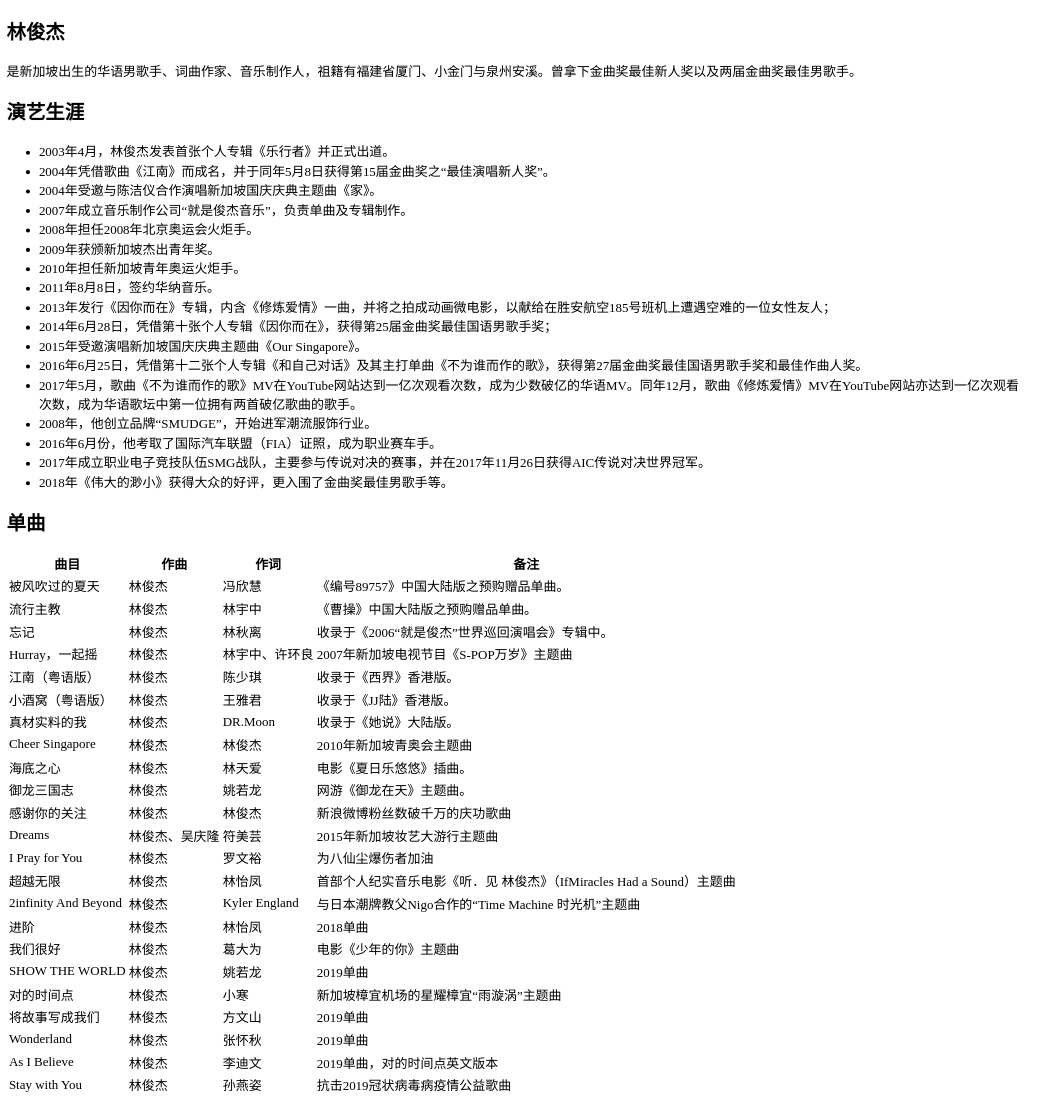
Repository: chenguocan/html_work
Page: html_work.html
The author's editor kept a copy of each file at every save. The page is drawn from the files as they stood at one save, then again after the next save.
The browser window is 1280 px wide. The pictures show the whole page, at 81% of full size.

Above is the page before, as saved 2020-06-26 10:11:51.

### html_work.html
<!DOCTYPE html>
<html lang="zh-CN">
  <head>
    <meta charset="UTF-8" />
    <meta
      name="viewport"
      content="width=device-width, initial-scale=1.0, minimum-scale=1.0, maximum-scale=1.0, user-scalable=no"
    />
    <title>Document</title>
    <style>
      table {
        table-layout: fixed;
      }
    </style>
  </head>
  <body>
    <section>
      <h1>林俊杰</h1>
      <p>
        是新加坡出生的华语男歌手、词曲作家、音乐制作人，祖籍有福建省厦门、小金门与泉州安溪。曾拿下金曲奖最佳新人奖以及两届金曲奖最佳男歌手。
      </p>
      <h2>演艺生涯</h2>
      <ul>
        <li>2003年4月，林俊杰发表首张个人专辑《乐行者》并正式出道。</li>
        <li>
          2004年凭借歌曲《江南》而成名，并于同年5月8日获得第15届金曲奖之“最佳演唱新人奖”。
        </li>
        <li>2004年受邀与陈洁仪合作演唱新加坡国庆庆典主题曲《家》。</li>
        <li>2007年成立音乐制作公司“就是俊杰音乐”，负责单曲及专辑制作。</li>
        <li>2008年担任2008年北京奥运会火炬手。</li>
        <li>2009年获颁新加坡杰出青年奖。</li>
        <li>2010年担任新加坡青年奥运火炬手。</li>
        <li>2011年8月8日，签约华纳音乐。</li>
        <li>
          2013年发行《因你而在》专辑，内含《修炼爱情》一曲，并将之拍成动画微电影，以献给在胜安航空185号班机上遭遇空难的一位女性友人；
        </li>
        <li>
          2014年6月28日，凭借第十张个人专辑《因你而在》，获得第25届金曲奖最佳国语男歌手奖；
        </li>
        <li>2015年受邀演唱新加坡国庆庆典主题曲《Our Singapore》。</li>
        <li>
          2016年6月25日，凭借第十二张个人专辑《和自己对话》及其主打单曲《不为谁而作的歌》，获得第27届金曲奖最佳国语男歌手奖和最佳作曲人奖。
        </li>
        <li>
          2017年5月，歌曲《不为谁而作的歌》MV在YouTube网站达到一亿次观看次数，成为少数破亿的华语MV。同年12月，歌曲《修炼爱情》MV在YouTube网站亦达到一亿次观看次数，成为华语歌坛中第一位拥有两首破亿歌曲的歌手。
        </li>
        <li>2008年，他创立品牌“SMUDGE”，开始进军潮流服饰行业。</li>
        <li>2016年6月份，他考取了国际汽车联盟（FIA）证照，成为职业赛车手。</li>
        <li>
          2017年成立职业电子竞技队伍SMG战队，主要参与传说对决的赛事，并在2017年11月26日获得AIC传说对决世界冠军。
        </li>
        <li>
          2018年《伟大的渺小》获得大众的好评，更入围了金曲奖最佳男歌手等。
        </li>
      </ul>
      <h2>单曲</h2>
      <table>
        <thead>
          <tr>
            <th>曲目</th>
            <th>作曲</th>
            <th>作词</th>
            <th>备注</th>
          </tr>
        </thead>
        <tbody>
          <tr>
            <td>被风吹过的夏天</td>
            <td>林俊杰</td>
            <td>冯欣慧</td>
            <td>《编号89757》中国大陆版之预购赠品单曲。</td>
          </tr>
          <tr>
            <td>流行主教</td>
            <td>林俊杰</td>
            <td>林宇中</td>
            <td>《曹操》中国大陆版之预购赠品单曲。</td>
          </tr>

          <tr>
            <td>忘记</td>
            <td>林俊杰</td>
            <td>林秋离</td>
            <td>收录于《2006“就是俊杰”世界巡回演唱会》专辑中。</td>
          </tr>
          <tr>
            <td>Hurray，一起摇</td>
            <td>林俊杰</td>
            <td>林宇中、许环良</td>
            <td>2007年新加坡电视节目《S-POP万岁》主题曲</td>
          </tr>
          <tr>
            <td>江南（粤语版）</td>
            <td>林俊杰</td>
            <td>陈少琪</td>
            <td>收录于《西界》香港版。</td>
          </tr>
          <tr>
            <td>小酒窝（粤语版）</td>
            <td>林俊杰</td>
            <td>王雅君</td>
            <td>收录于《JJ陆》香港版。</td>
          </tr>
          <tr>
            <td>真材实料的我</td>
            <td>林俊杰</td>
            <td>DR.Moon</td>
            <td>收录于《她说》大陆版。</td>
          </tr>
          <tr>
            <td>Cheer Singapore</td>
            <td>林俊杰</td>
            <td>林俊杰</td>
            <td>2010年新加坡青奥会主题曲</td>
          </tr>
          <tr>
            <td>海底之心</td>
            <td>林俊杰</td>
            <td>林天爱</td>
            <td>电影《夏日乐悠悠》插曲。</td>
          </tr>
          <tr>
            <td>御龙三国志</td>
            <td>林俊杰</td>
            <td>姚若龙</td>
            <td>网游《御龙在天》主题曲。</td>
          </tr>
          <tr>
            <td>感谢你的关注</td>
            <td>林俊杰</td>
            <td>林俊杰</td>
            <td>新浪微博粉丝数破千万的庆功歌曲</td>
          </tr>
          <tr>
            <td>Dreams</td>
            <td>林俊杰、吴庆隆</td>
            <td>符美芸</td>
            <td>2015年新加坡妆艺大游行主题曲</td>
          </tr>
          <tr>
            <td>I Pray for You</td>
            <td>林俊杰</td>
            <td>罗文裕</td>
            <td>为八仙尘爆伤者加油</td>
          </tr>
          <tr>
            <td>超越无限</td>
            <td>林俊杰</td>
            <td>林怡凤</td>
            <td>
              首部个人纪实音乐电影《听．见 林俊杰》（IfMiracles Had a
              Sound）主题曲
            </td>
          </tr>
          <tr>
            <td>2infinity And Beyond</td>
            <td>林俊杰</td>
            <td>Kyler England</td>
            <td>与日本潮牌教父Nigo合作的“Time Machine 时光机”主题曲</td>
          </tr>
          <tr>
            <td>进阶</td>
            <td>林俊杰</td>
            <td>林怡凤</td>
            <td>2018单曲</td>
          </tr>
          <tr>
            <td>我们很好</td>
            <td>林俊杰</td>
            <td>葛大为</td>
            <td>电影《少年的你》主题曲</td>
          </tr>
          <tr>
            <td>SHOW THE WORLD</td>
            <td>林俊杰</td>
            <td>姚若龙</td>
            <td>2019单曲</td>
          </tr>
          <tr>
            <td>对的时间点</td>
            <td>林俊杰</td>
            <td>小寒</td>
            <td>新加坡樟宜机场的星耀樟宜“雨漩涡”主题曲</td>
          </tr>
          <tr>
            <td>将故事写成我们</td>
            <td>林俊杰</td>
            <td>方文山</td>
            <td>2019单曲</td>
          </tr>
          <tr>
            <td>Wonderland</td>
            <td>林俊杰</td>
            <td>张怀秋</td>
            <td>2019单曲</td>
          </tr>
          <tr>
            <td>As I Believe</td>
            <td>林俊杰</td>
            <td>李迪文</td>
            <td>2019单曲，对的时间点英文版本</td>
          </tr>
          <tr>
            <td>Stay with You</td>
            <td>林俊杰</td>
            <td>孙燕姿</td>
            <td>抗击2019冠状病毒病疫情公益歌曲</td>
          </tr>
        </tbody>
      </table>
    </section>
  </body>
</html>

After the next save:
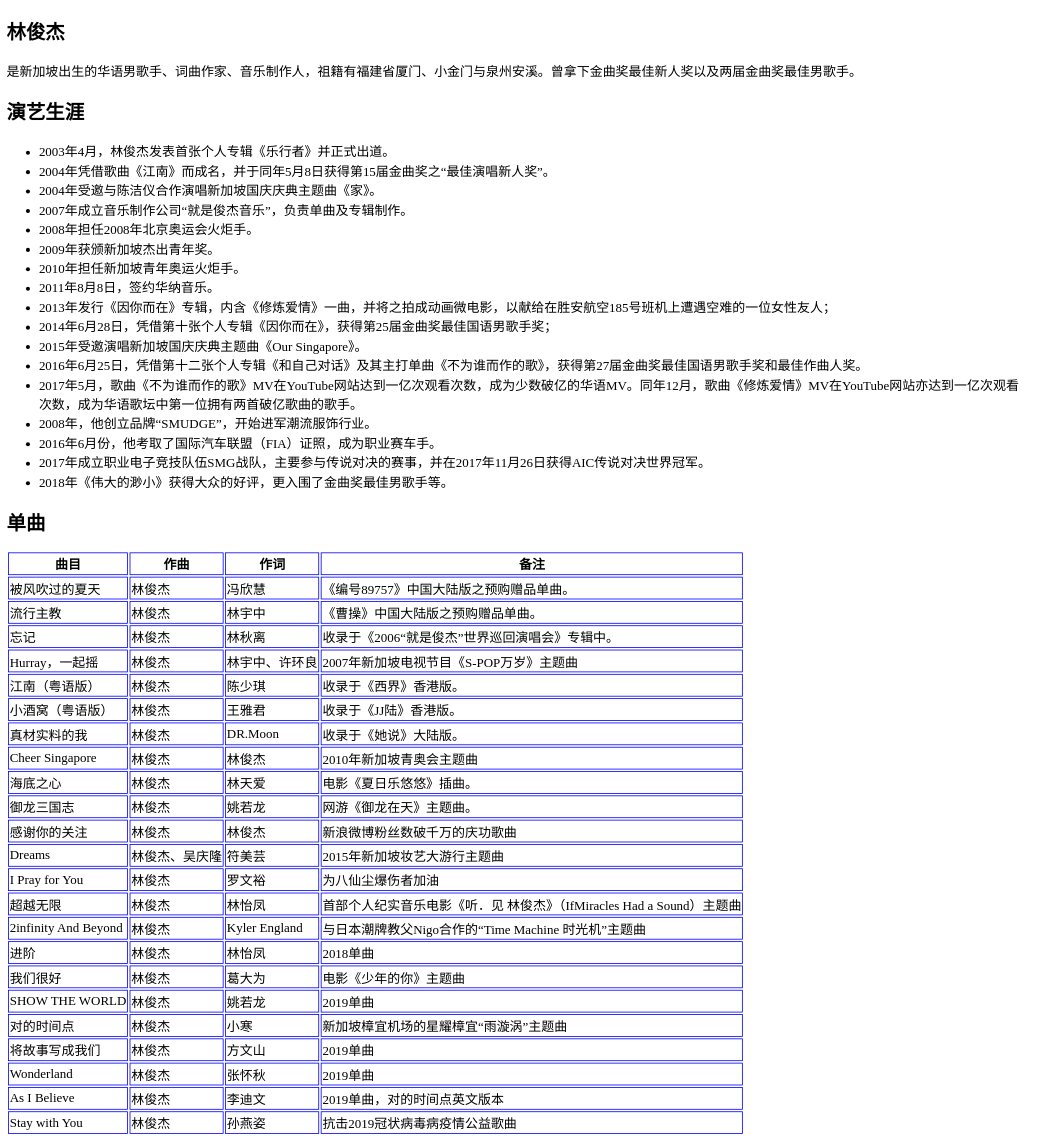
Saved 27 s later.
--- a/html_work.html
+++ b/html_work.html
@@ -11,6 +11,10 @@
       table {
         table-layout: fixed;
       }
+      td,
+      th {
+        border: 1px solid blue;
+      }
     </style>
   </head>
   <body>
